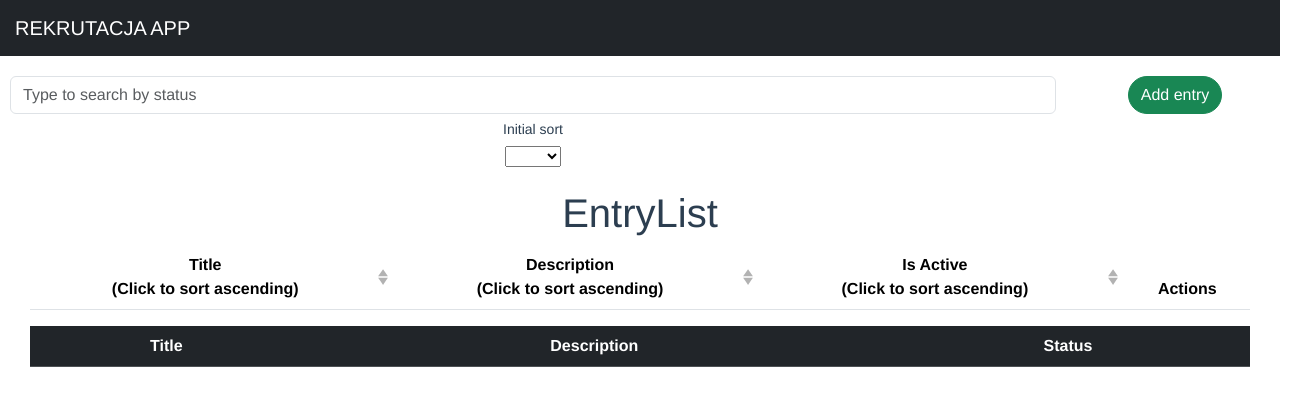
Repository: Madaless/vue_elastic
Page: / (app in vuejsapp/crudapp/)
These files come from the project's save history. The page is drawn as it stood at one moment and after the next save; the edit follows.
The browser window is 1280 px wide. The page is 1292 px wide, so the pictures cover 1292 px, including what lies to the right of the window. The pictures show the whole page.
The page's requests for data from a server got no answer. The project was rebuilt for these pictures with package versions that can differ from the ones it lists, and the page was loaded fresh each time. No one was signed in, and anything a server would have sent is missing.

Above is the page before, as saved 2021-09-12 17:09:58.

After the next save:
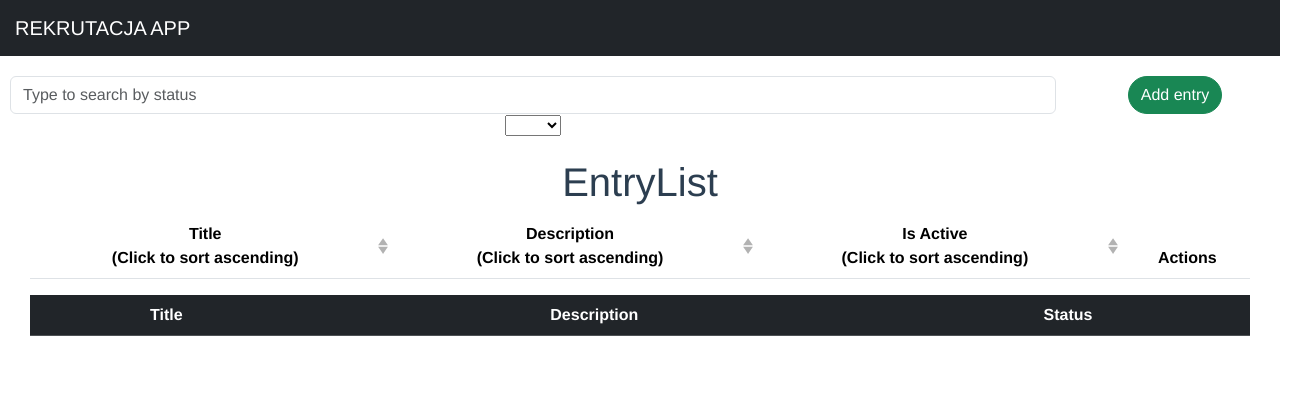
Saved 42 s later.
--- a/vuejsapp/crudapp/src/components/FilterEntry.vue
+++ b/vuejsapp/crudapp/src/components/FilterEntry.vue
@@ -7,21 +7,12 @@
       placeholder="Type to search by status"
     ></b-form-input>
 
-    <b-form-group
-          label="Initial sort"
-          label-for="initial-sort-select"
-          label-cols-sm="3"
-          label-align-sm="right"
-          label-size="sm"
-          class="mb-0"
-        >
-          <b-form-select
-            id="initial-sort-select"
-            v-model="sortDirection"
-            :options="['asc', 'desc', 'last']"
-            size="sm"
-          ></b-form-select>
-        </b-form-group>
+    <b-form-select
+      id="initial-sort-select"
+      v-model="sortDirection"
+      :options="['asc', 'desc', 'last']"
+      size="sm"
+    ></b-form-select>
   </div>
 </template>
 
@@ -32,5 +23,4 @@ export default {
 </script>
 
 <style scoped>
-
 </style>
